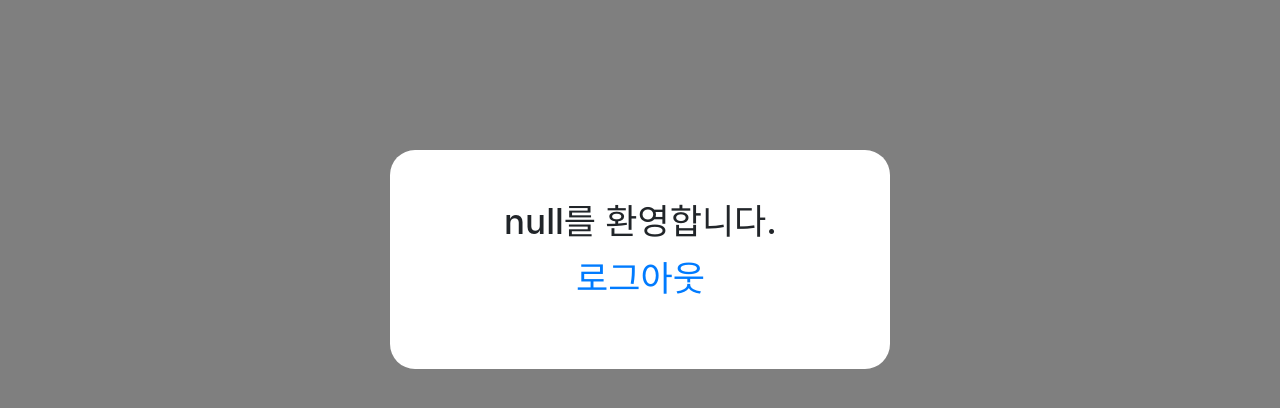
Repository: Jungsol/Servlet_JSP_study
Page: http://localhost/JSP/ex14Join/joinTrue.jsp
These files come from the project's save history. The page is drawn as it stood at one moment and after the next save; the edit follows.
The browser window is 1280 px wide. The pictures show the whole page.
Some web libraries are served in a nearby version. The page is served by Tomcat 9. Other server files are loaded and not shown.

Above is the page before, as saved 2023-06-19 10:50:54.
Console error: TypeError: Cannot read properties of undefined (reading 'fn')

### JSP/src/main/webapp/ex14Join/joinTrue.jsp
<%@ page language="java" contentType="text/html; charset=EUC-KR"
    pageEncoding="EUC-KR"%>
<!DOCTYPE html>
<html>
<head>
	<link href="//maxcdn.bootstrapcdn.com/bootstrap/4.1.1/css/bootstrap.min.css" rel="stylesheet" id="bootstrap-css">
	<link href="login.css" rel="stylesheet">
	<script src="//maxcdn.bootstrapcdn.com/bootstrap/4.1.1/js/bootstrap.min.js"></script>
	<script src="//cdnjs.cloudflare.com/ajax/libs/jquery/3.2.1/jquery.min.js"></script>
	<meta charset="EUC-KR">
	<title>Insert title here</title>
</head>
<body id="LoginForm">
<!-- loginCheck에서 넘겨받은 id를 가져오시오. -->
	<div class="container">
		<div class="main-div">
			<div class="panel">
				<!-- id를 웹페이지에 출력하시오. -->
				<%-- <h1><%= request.getParameter("nick") %>님을 환영합니다.</h1> --%>
				<h1><%=request.getParameter("nick") %>를 환영합니다.

				<a href="logout.jsp">로그아웃</a>


			</div>
		</div>
	</div>

</body>
</html>

### JSP/src/main/webapp/ex13Login/login.css
@charset "EUC-KR";

@charset "EUC-KR";

body#LoginForm {
	background-color: rgba(0,0,0,0.5);
}

.form-heading {
	color: #fff;
	font-size: 23px;
}

.panel h2 {
	color: #444444;
	font-size: 18px;
	margin: 0 0 8px 0;
}

.panel h1{
	font-size: 35px;
	margin: 0;
	text-align: center;
}

.panel p {
	color: #777777;
	font-size: 14px;
	margin-bottom: 30px;
	line-height: 24px;
}
.panel a{
	display: block;
	text-align: center;
	margin-top: 15px;
}

.login-form .form-control {
	background: #f7f7f7 none repeat scroll 0 0;
	border: 1px solid #d4d4d4;
	border-radius: 4px;
	font-size: 14px;
	height: 50px;
	line-height: 50px;
}

.main-div {
	background: #ffffff none repeat scroll 0 0;
	border-radius: 25px;
	margin: 150px auto 30px;
	width:500px;
	padding: 50px 70px 70px 71px;
}

.login-form .form-group {
	margin-bottom: 10px;
}

.login-form {
	text-align: center;
}

.login-form  .btn.btn-primary {
	background: #f0ad4e none repeat scroll 0 0;
	border-color: #f0ad4e;
	color: #ffffff;
	font-size: 14px;
	width: 100%;
	height: 50px;
	line-height: 50px;
	padding: 0;
}

.botto-text {
	color: #ffffff;
	font-size: 14px;
	margin: auto;
}

.login-form .btn.btn-primary.reset {
	background: #ff9900 none repeat scroll 0 0;
}

.back {
	text-align: left;
	margin-top: 10px;
}

.back a {
	color: #444444;
	font-size: 13px;
	text-decoration: none;
}

After the next save:
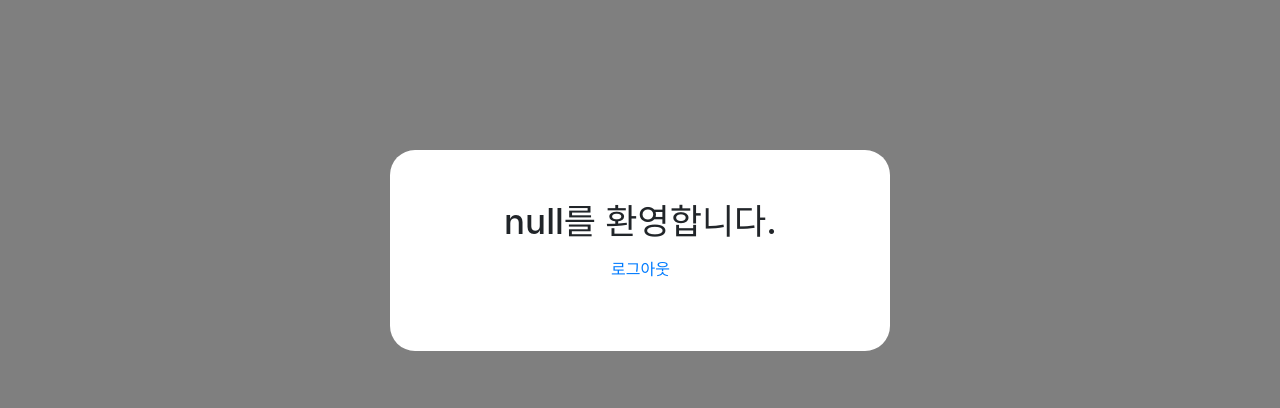
Saved 5 s later.
--- a/JSP/src/main/webapp/ex14Join/joinTrue.jsp
+++ b/JSP/src/main/webapp/ex14Join/joinTrue.jsp
@@ -17,7 +17,7 @@
 			<div class="panel">
 				<!-- id를 웹페이지에 출력하시오. -->
 				<%-- <h1><%= request.getParameter("nick") %>님을 환영합니다.</h1> --%>
-				<h1><%=request.getParameter("nick") %>를 환영합니다.
+				<h1><%=request.getParameter("nick") %>를 환영합니다.</h1>
 
 				<a href="logout.jsp">로그아웃</a>
 
